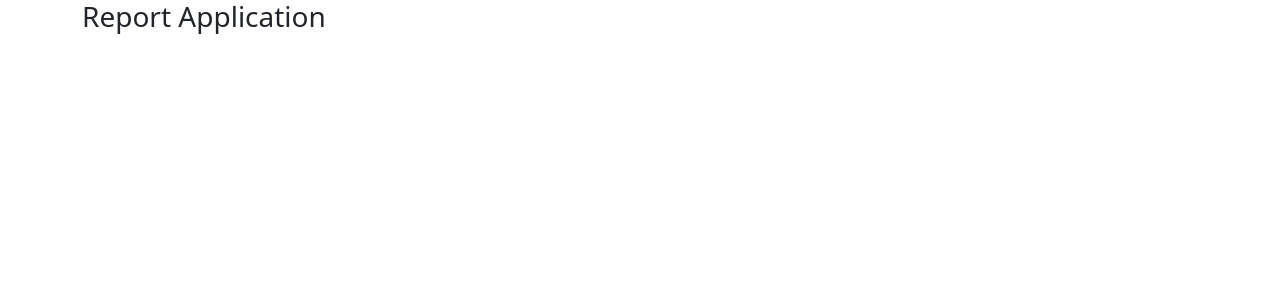
Repository: Dikshak1116/JavaProjects
Page: http://localhost/01-Reports-App/pages/index.jsp
These files come from the project's save history. The page is drawn as it stood at one moment and after the next save; the edit follows.
The browser window is 1280 px wide. The pictures show the whole page.
The page is served by Tomcat 9. Other server files are loaded and not shown.

Above is the page before, as saved 2023-04-07 17:30:33.

### 01-Reports-App/src/main/webapp/pages/index.jsp
<%@ page language="java" contentType="text/html; charset=ISO-8859-1"
    pageEncoding="ISO-8859-1"%>
<!DOCTYPE html>
<html>
<head>

    <meta charset="utf-8">
    <meta name="viewport" content="width=device-width, initial-scale=1">
    <title>Bootstrap demo</title>
    <link href="https://cdn.jsdelivr.net/npm/bootstrap@5.3.0-alpha3/dist/css/bootstrap.min.css" rel="stylesheet" integrity="sha384-KK94CHFLLe+nY2dmCWGMq91rCGa5gtU4mk92HdvYe+M/SXH301p5ILy+dN9+nJOZ" crossorigin="anonymous">

</head>
<body>

<div class="container">
<h3>Report Application</h3>
</div>

	<script
	src="https://cdn.jsdelivr.net/npm/bootstrap@5.3.0-alpha3/dist/js/bootstrap.bundle.min.js"
	integrity="sha384-ENjdO4Dr2bkBIFxQpeoTz1HIcje39Wm4jDKdf19U8gI4ddQ3GYNS7NTKfAdVQSZe"
	crossorigin="anonymous">
	</script>


</body>
</html>

After the next save:
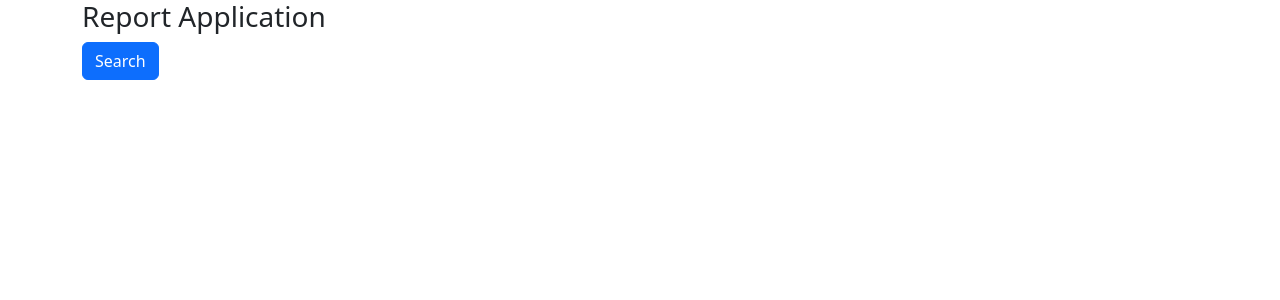
Saved 4 min 5 s later.
--- a/01-Reports-App/src/main/webapp/pages/index.jsp
+++ b/01-Reports-App/src/main/webapp/pages/index.jsp
@@ -13,7 +13,9 @@
 <body>
 
 <div class="container">
-<h3>Report Application</h3>
+	<h3>Report Application</h3>
+
+	<button class="btn btn-primary">Search</button>
 </div>
 
 	<script
